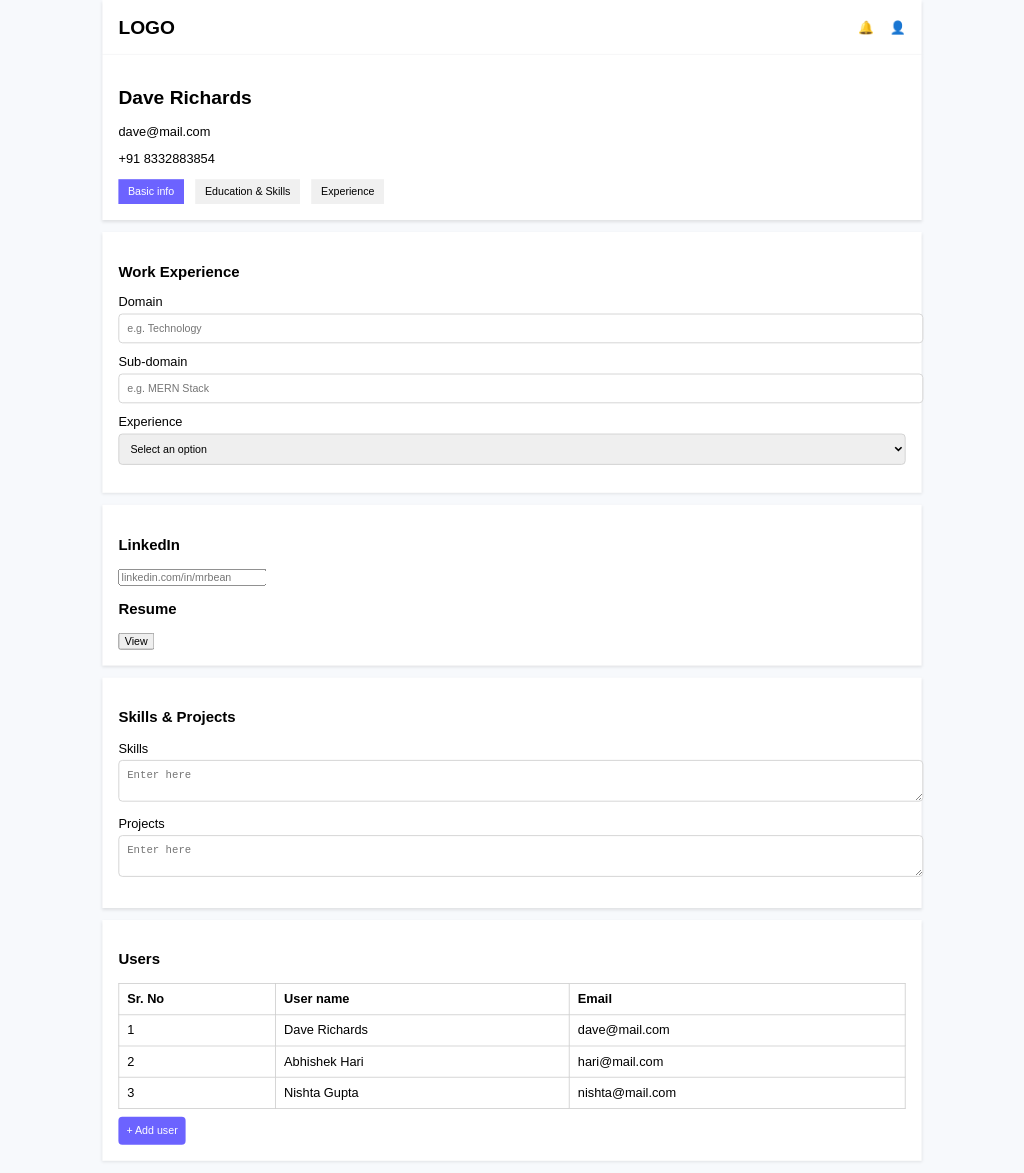
Repository: lavanya671-G/interview_buddy
Page: buddy.html
An editor plug-in stored every save of this project. The page is shown before and after the next save, followed by the edit.
The browser window is 1280 px wide. The pictures show the whole page, at 80% of full size.

Above is the page before, as saved 2025-10-25 21:54:50.
Console error: SyntaxError: Cannot use import statement outside a module

### buddy.html
<!DOCTYPE html>
<html lang="en">
<head>
    <meta charset="UTF-8">
    <meta name="viewport" content="width=device-width, initial-scale=1.0">
    <title>Profile</title>
    <link rel="stylesheet" href="styles.css"> <!-- Link to the external CSS file -->
    <script src="AddUser.js" defer></script>
    <script src="App.js" defer></script>
    <script src="UserForm.js" defer></script>
    <script src="UserList.js" defer></script>
    <script src="UserProfile.js" defer></script>
</head>
<body>
    <div class="container">
        <header class="header">
            <div class="logo">LOGO</div>
            <div class="header-icons">
                <span class="icon">🔔</span>
                <span class="icon">👤</span>
            </div>
        </header>

        <section class="profile">
            <div class="profile-info">
                <h2>Dave Richards</h2>
                <p>dave@mail.com</p>
                <p>+91 8332883854</p>
            </div>
            <nav class="tabs">
                <button class="tab active">Basic info</button>
                <button class="tab">Education & Skills</button>
                <button class="tab">Experience</button>
            </nav>
        </section>

        <section class="work-experience">
            <h3>Work Experience</h3>
            <div class="input-group">
                <label>Domain</label>
                <input type="text" placeholder="e.g. Technology"/>
            </div>
            <div class="input-group">
                <label>Sub-domain</label>
                <input type="text" placeholder="e.g. MERN Stack"/>
            </div>
            <div class="input-group">
                <label>Experience</label>
                <select>
                    <option>Select an option</option>
                </select>
            </div>
            <!-- Repeat above block as needed -->
        </section>

        <section class="linkedin-resume">
            <h3>LinkedIn</h3>
            <input type="url" placeholder="linkedin.com/in/mrbean"/>
            <h3>Resume</h3>
            <button>View</button>
        </section>

        <section class="skills-projects">
            <h3>Skills & Projects</h3>
            <div class="input-group">
                <label>Skills</label>
                <textarea placeholder="Enter here"></textarea>
            </div>
            <div class="input-group">
                <label>Projects</label>
                <textarea placeholder="Enter here"></textarea>
            </div>
        </section>

        <section class="user-management">
            <h3>Users</h3>
            <table>
                <tr>
                    <th>Sr. No</th>
                    <th>User name</th>
                    <th>Email</th>
                </tr>
                <tr>
                    <td>1</td>
                    <td>Dave Richards</td>
                    <td>dave@mail.com</td>
                </tr>
                <tr>
                    <td>2</td>
                    <td>Abhishek Hari</td>
                    <td>hari@mail.com</td>
                </tr>
                <tr>
                    <td>3</td>
                    <td>Nishta Gupta</td>
                    <td>nishta@mail.com</td>
                </tr>
            </table>
            <button class="add-user">+ Add user</button>
        </section>
    </div>
</body>
</html>

### styles.css
/* General Styles */
body {
    font-family: 'Arial', sans-serif;
    margin: 0;
    padding: 0;
    background-color: #f7f9fc;
}

.container {
    width: 80%;
    margin: auto;
}

/* Header */
.header {
    display: flex;
    justify-content: space-between;
    align-items: center;
    padding: 20px;
    background-color: white;
    box-shadow: 0 2px 4px rgba(0, 0, 0, 0.1);
}

.logo {
    font-size: 24px;
    font-weight: bold;
}

.header-icons .icon {
    margin-left: 15px;
}

/* Profile Info */
.profile {
    padding: 20px;
    background-color: white;
    margin-bottom: 15px;
    box-shadow: 0 2px 4px rgba(0, 0, 0, 0.1);
}

.profile-info {
    margin-bottom: 15px;
}

.tabs {
    margin-top: 10px;
}

.tab {
    padding: 8px 12px;
    margin-right: 10px;
    border: none;
    background-color: #f0f0f0;
    cursor: pointer;
}

.tab.active {
    background-color: #6c63ff;
    color: white;
}

/* Sections */
.work-experience,
.linkedin-resume,
.skills-projects,
.user-management {
    padding: 20px;
    background-color: white;
    margin-bottom: 15px;
    box-shadow: 0 2px 4px rgba(0, 0, 0, 0.1);
}

.input-group {
    margin-bottom: 15px;
}

.input-group label {
    display: block;
    margin-bottom: 5px;
}

.input-group input,
.input-group textarea,
.input-group select {
    width: 100%;
    padding: 10px;
    border: 1px solid #ccc;
    border-radius: 5px;
}

/* Table */
table {
    width: 100%;
    border-collapse: collapse;
}

table th, table td {
    padding: 10px;
    border: 1px solid #ccc;
    text-align: left;
}

.add-user {
    margin-top: 10px;
    padding: 10px;
    background-color: #6c63ff;
    color: white;
    border: none;
    border-radius: 5px;
    cursor: pointer;
}

### AddUser.js
import React, { useState } from 'react';

const AddUser = () => {
  const [user, setUser] = useState({ name: '', email: '', contact: '' });

  const handleInputChange = (e) => {
    const { name, value } = e.target;
    setUser({ ...user, [name]: value });
  };

  const handleSubmit = (e) => {
    e.preventDefault();
    // API call to add user
  };

  return (
    <form onSubmit={handleSubmit}>
      <input type="text" name="name" placeholder="Name" onChange={handleInputChange} />
      <input type="email" name="email" placeholder="Email" onChange={handleInputChange} />
      <input type="text" name="contact" placeholder="Contact" onChange={handleInputChange} />
      <button type="submit">Add User</button>
    </form>
  );
};

### App.js
import React, { useState } from 'react';
import styled from 'styled-components';
import UserProfile from './UserProfile';
import UserList from './UserList';
import UserForm from './UserForm';

const Container = styled.div`
  padding: 20px;
  font-family: Arial, sans-serif;
`;

function App() {
  const [users, setUsers] = useState([]);
  const [selectedUser, setSelectedUser] = useState(null);

  const addUser = (user) => {
    setUsers([...users, user]);
  };

  const editUser = (user) => {
    const updatedUsers = users.map(u => (u.id === user.id ? user : u));
    setUsers(updatedUsers);
    setSelectedUser(null);
  };

  return (
    <Container>
      <h1>User Profile Management</h1>
      <UserForm onSubmit={selectedUser ? editUser : addUser} user={selectedUser} />
      <UserList users={users} onSelect={setSelectedUser} />
      {selectedUser && <UserProfile user={selectedUser} />}
    </Container>
  );
}

export default App;

### UserForm.js
import React, { useState, useEffect } from 'react';
import styled from 'styled-components';

const FormContainer = styled.div`
  margin-bottom: 20px;
  padding: 20px;
  border: 1px solid #ccc;
`;

const Input = styled.input`
  display: block;
  margin-bottom: 10px;
  padding: 10px;
  width: calc(100% - 20px);
`;

const UserForm = ({ onSubmit, user }) => {
  const [name, setName] = useState('');
  const [email, setEmail] = useState('');

  useEffect(() => {
    if (user) {
      setName(user.name);
      setEmail(user.email);
    }
  }, [user]);

  const handleSubmit = (e) => {
    e.preventDefault();
    onSubmit({ id: user ? user.id : Date.now(), name, email });
    setName('');
    setEmail('');
  };

  return (
    <FormContainer>
      <h2>{user ? "Edit User" : "Add User"}</h2>
      <form onSubmit={handleSubmit}>
        <Input required value={name} onChange={(e) => setName(e.target.value)} placeholder="Name" />
        <Input required type="email" value={email} onChange={(e) => setEmail(e.target.value)} placeholder="Email" />
        <button type="submit">{user ? "Update" : "Add"}</button>
      </form>
    </FormContainer>
  );
};

export default UserForm;

### UserList.js
import React from 'react';

const UserList = () => {
  // Assume users is a prop received or fetched data
  return (
    <table>
      <thead>
        <tr>
          <th>Sr. No</th>
          <th>User Name</th>
          <th>Email</th>
          <th>Action</th>
        </tr>
      </thead>
      <tbody>
        {users.map((user, index) => (
          <tr key={user.id}>
            <td>{index + 1}</td>
            <td>{user.name}</td>
            <td>{user.email}</td>
            <td>
              <button onClick={() => viewUser(user.id)}>View</button>
              <button onClick={() => deleteUser(user.id)}>Delete</button>
            </td>
          </tr>
        ))}
      </tbody>
    </table>
  );
};

### UserProfile.js
import React from 'react';
import { useParams, Route } from 'react-router-dom';

const UserProfile = () => {
  const { id } = useParams(); // Get user ID from URL
  // Fetch user data based on ID...

  return (
    <div>
      <div>
        <h2>{user.name}</h2>
        <div>
          <button onClick={() => navigateTo('basic')}>Basic Info</button>
          <button onClick={() => navigateTo('education')}>Education & Skills</button>
          <button onClick={() => navigateTo('experience')}>Experience</button>
        </div>
      </div>

      <Route path={`/users/${id}/basic`} component={BasicDetails} />
      <Route path={`/users/${id}/education`} component={EducationSkills} />
      <Route path={`/users/${id}/experience`} component={Experience} />
    </div>
  );
};

After the next save:
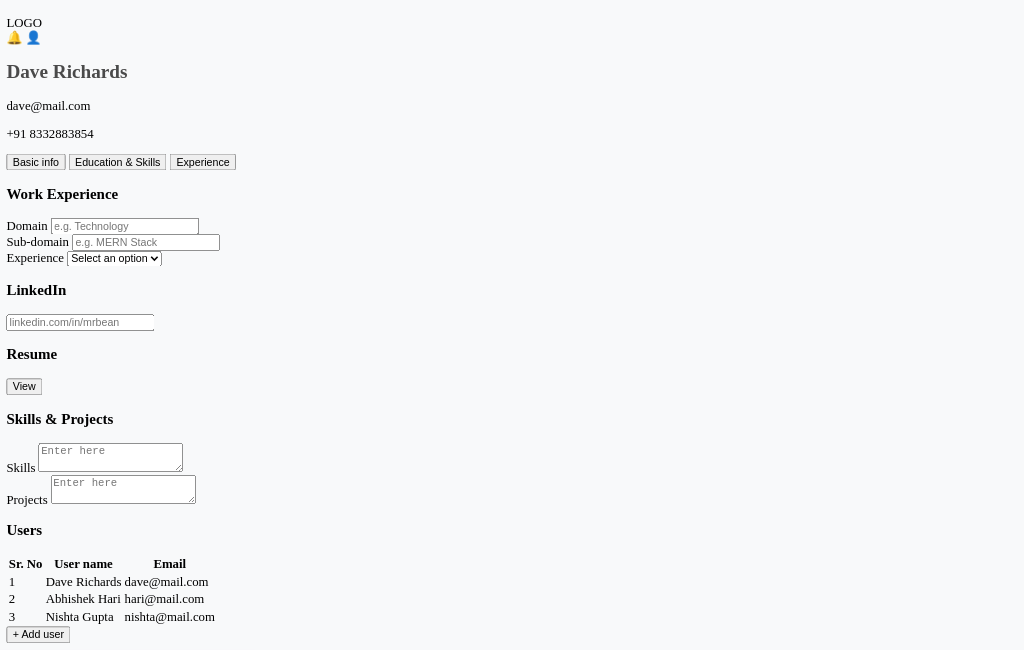
Saved 13 min 53 s later.
--- a/styles.css
+++ b/styles.css
@@ -1,111 +1,11 @@
-/* General Styles */
 body {
-    font-family: 'Arial', sans-serif;
-    margin: 0;
-    padding: 0;
-    background-color: #f7f9fc;
+    background-color: #f8f9fa;
+}
+
+h2 {
+    color: #4a4a4a;
 }
 
 .container {
-    width: 80%;
-    margin: auto;
+    margin-top: 20px;
 }
-
-/* Header */
-.header {
-    display: flex;
-    justify-content: space-between;
-    align-items: center;
-    padding: 20px;
-    background-color: white;
-    box-shadow: 0 2px 4px rgba(0, 0, 0, 0.1);
-}
-
-.logo {
-    font-size: 24px;
-    font-weight: bold;
-}
-
-.header-icons .icon {
-    margin-left: 15px;
-}
-
-/* Profile Info */
-.profile {
-    padding: 20px;
-    background-color: white;
-    margin-bottom: 15px;
-    box-shadow: 0 2px 4px rgba(0, 0, 0, 0.1);
-}
-
-.profile-info {
-    margin-bottom: 15px;
-}
-
-.tabs {
-    margin-top: 10px;
-}
-
-.tab {
-    padding: 8px 12px;
-    margin-right: 10px;
-    border: none;
-    background-color: #f0f0f0;
-    cursor: pointer;
-}
-
-.tab.active {
-    background-color: #6c63ff;
-    color: white;
-}
-
-/* Sections */
-.work-experience,
-.linkedin-resume,
-.skills-projects,
-.user-management {
-    padding: 20px;
-    background-color: white;
-    margin-bottom: 15px;
-    box-shadow: 0 2px 4px rgba(0, 0, 0, 0.1);
-}
-
-.input-group {
-    margin-bottom: 15px;
-}
-
-.input-group label {
-    display: block;
-    margin-bottom: 5px;
-}
-
-.input-group input,
-.input-group textarea,
-.input-group select {
-    width: 100%;
-    padding: 10px;
-    border: 1px solid #ccc;
-    border-radius: 5px;
-}
-
-/* Table */
-table {
-    width: 100%;
-    border-collapse: collapse;
-}
-
-table th, table td {
-    padding: 10px;
-    border: 1px solid #ccc;
-    text-align: left;
-}
-
-.add-user {
-    margin-top: 10px;
-    padding: 10px;
-    background-color: #6c63ff;
-    color: white;
-    border: none;
-    border-radius: 5px;
-    cursor: pointer;
-}
